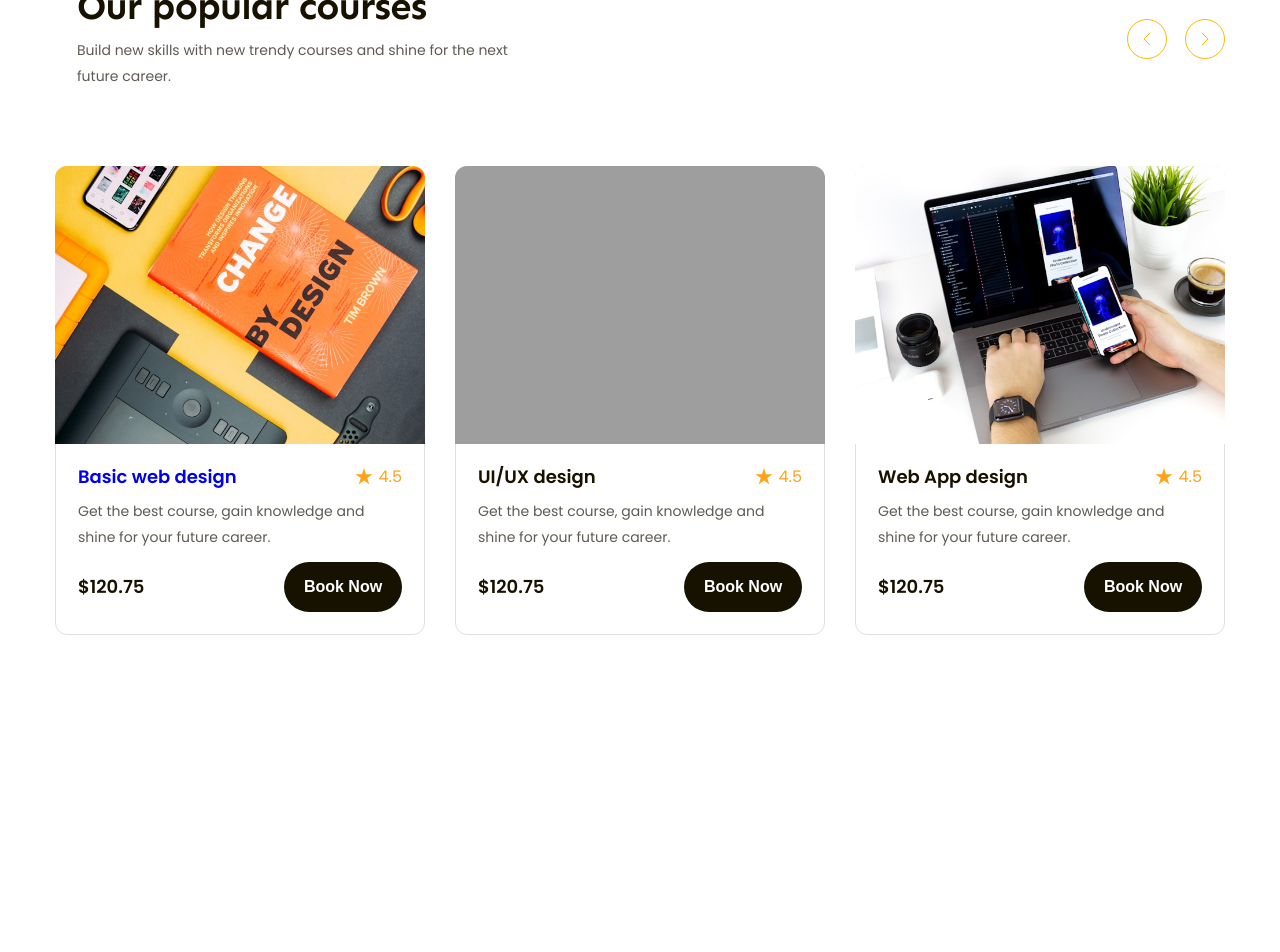
Repository: vancong171001/f8-html-css-02
Page: index.html
An editor plug-in stored every save of this project. The page is shown before and after the next save, followed by the edit.
The browser window is 1280 px wide. The pictures show the part of the page from y = 1133 to 2085 px (the page is 5000 px tall).
Pictures or frames that could not be fetched are drawn as grey boxes. A picture or video elsewhere on the page could not be fetched, so the positions and the page height are approximate.

Above is the page before, as saved 2025-03-11 14:41:45.

### index.html
<!DOCTYPE html>
<html lang="en">
  <head>
    <meta charset="UTF-8" />
    <meta name="viewport" content="width=device-width, initial-scale=1.0" />
    <title>F8 Project 02</title>
    <!-- Reset CSS -->
    <link rel="stylesheet" href="./assets/css/reset.css" />

    <!-- Embed fonts -->
    <link rel="preconnect" href="https://fonts.googleapis.com" />
    <link rel="preconnect" href="https://fonts.gstatic.com" crossorigin />
    <link
      href="https://fonts.googleapis.com/css2?family=Poppins:ital,wght@0,400;0,500;0,600;0,700;1,400&family=Sen:wght@700&display=swap"
      rel="stylesheet"
    />

    <!-- Style CSS -->
    <link rel="stylesheet" href="assets/css/style.css" />
  </head>
  <body>
    <main style="height: 5000px">
      <!-- Header -->
      <header class="header fixed">
        <div class="main-content">
          <div class="body">
            <!-- Logo -->
            <img src="./assets/img/logo.svg" alt="Lesson" class="logo" />

            <!-- Nav -->
            <nav class="nav">
              <ul>
                <li class="active">
                  <a href="#!">Home</a>
                </li>
                <li>
                  <a href="#!">Courses</a>
                </li>
                <li>
                  <a href="#!">Pricing</a>
                </li>
                <li>
                  <a href="#!">Reviews</a>
                </li>
              </ul>
            </nav>

            <!-- Action -->
            <div class="action">
              <a href="#!" class="btn sign-up-btn">Sign Up</a>
            </div>
          </div>
        </div>
      </header>

      <!-- Hero -->
      <div class="hero">
        <div class="main-content">
          <div class="body">
            <!-- Hero left -->
            <div class="media-block">
              <img
                src="https://images.unsplash.com/photo-1740734940319-7208196590b7?w=600&auto=format&fit=crop&q=60&ixlib=rb-4.0.3&ixid=M3wxMjA3fDB8MHxmZWF0dXJlZC1waG90b3MtZmVlZHwxNHx8fGVufDB8fHx8fA%3D%3D"
                alt="Learn without limits and spread knowledge."
                class="img"
              />

              <div class="hero-summary">
                <div class="item">
                  <div class="icon">
                    <img src="./assets/icon/list.svg" alt="" />
                  </div>
                  <div class="info">
                    <p class="lable">20 Courses</p>
                    <p class="title">UI/UX Design</p>
                  </div>
                </div>
                <div class="item">
                  <div class="icon">
                    <img src="./assets/icon/code.svg" alt="" />
                  </div>
                  <div class="info">
                    <p class="lable">20 Courses</p>
                    <p class="title">Development</p>
                  </div>
                </div>
                <div class="item">
                  <div class="icon">
                    <img src="./assets/icon/speaker.svg" alt="" />
                  </div>
                  <div class="info">
                    <p class="lable">30 Courses</p>
                    <p class="title">Marketing</p>
                  </div>
                </div>
              </div>
            </div>

            <!-- Hero right -->
            <div class="content-block">
              <h1 class="heading lv1">
                Learn without limits and spread knowledge.
              </h1>
              <p class="desc">
                Build new skills for that “this is my year” feeling with
                courses, certificates, and degrees from world-class universities
                and companies.
              </p>
              <div class="cta-group">
                <a href="#!" class="btn hero-cta">See Courses</a>
                <button class="watch-video">
                  <div class="icon">
                    <img src="./assets/icon/play.svg" alt="" />
                  </div>
                  <span>Watch Video</span>
                </button>
              </div>
              <p class="desc">Recent engagement</p>
              <p class="desc stats">
                <strong>50K</strong> Students <strong>70+</strong> Courses
              </p>
            </div>
          </div>
        </div>
      </div>

      <!-- Popular -->
      <div class="popular">
        <div class="main-content">
          <div class="popular-top">
            <div class="info">
              <h2 class="heading lv2">Our popular courses</h2>
              <p class="desc">
                Build new skills with new trendy courses and shine for the next
                future career.
              </p>
            </div>
            <div class="controls">
              <button class="control-btn">
                <svg
                  width="8"
                  height="14"
                  viewBox="0 0 8 14"
                  fill="none"
                  xmlns="http://www.w3.org/2000/svg"
                >
                  <path
                    d="M7 1L1 7L7 13"
                    stroke="currentColor"
                    stroke-linecap="round"
                    stroke-linejoin="round"
                  />
                </svg>
              </button>
              <button class="control-btn">
                <svg
                  width="8"
                  height="14"
                  viewBox="0 0 8 14"
                  fill="none"
                  xmlns="http://www.w3.org/2000/svg"
                >
                  <path
                    d="M1 1L7 7L1 13"
                    stroke="currentColor"
                    stroke-linecap="round"
                    stroke-linejoin="round"
                  />
                </svg>
              </button>
            </div>
          </div>

          <div class="course-list">
            <!-- Course Item 1 -->
            <div class="course-item">
              <a href="#!">
                <img
                  src="./assets/img/course-1.jpg"
                  alt="Basic web design"
                  class="thumb"
                />
              </a>
              <div class="info">
                <div class="head">
                  <h3 class="title"><a href="#!">Basic web design</a></h3>
                  <div class="rating">
                    <img src="./assets/icon/star.svg" alt="Star" class="star" />
                    <span class="value">4.5</span>
                  </div>
                </div>
                <p class="desc">
                  Get the best course, gain knowledge and shine for your future
                  career.
                </p>
                <div class="foot">
                  <span class="price">$120.75</span>
                  <button class="btn boot-btn">Book Now</button>
                </div>
              </div>
            </div>
            <!-- Course Item 2 -->
            <div class="course-item">
              <a href="#!">
                <img
                  src="./assets/img/course-2.jpg"
                  alt="UI/UX design"
                  class="thumb"
                />
              </a>
              <div class="info">
                <div class="head">
                  <h3 class="title">UI/UX design</h3>
                  <div class="rating">
                    <img src="./assets/icon/star.svg" alt="Star" class="star" />
                    <span class="value">4.5</span>
                  </div>
                </div>
                <p class="desc">
                  Get the best course, gain knowledge and shine for your future
                  career.
                </p>
                <div class="foot">
                  <span class="price">$120.75</span>
                  <button class="btn boot-btn">Book Now</button>
                </div>
              </div>
            </div>
            <!-- Course Item 3 -->
            <div class="course-item">
              <img
                src="./assets/img/course-3.jpg"
                alt="Web App design"
                class="thumb"
              />
              <div class="info">
                <div class="head">
                  <h3 class="title">Web App design</h3>
                  <div class="rating">
                    <img src="./assets/icon/star.svg" alt="Star" class="star" />
                    <span class="value">4.5</span>
                  </div>
                </div>
                <p class="desc">
                  Get the best course, gain knowledge and shine for your future
                  career.
                </p>
                <div class="foot">
                  <span class="price">$120.75</span>
                  <button class="btn boot-btn">Book Now</button>
                </div>
              </div>
            </div>
          </div>
        </div>
      </div>
    </main>
  </body>
</html>

### assets/css/style.css
* {
  box-sizing: border-box;
}

:root {
  --primary-color: #ffb900;
  --font-heading: Sen, san-serif;
}

html {
  font-size: 62.5%;
}

body {
  font-size: 1.6rem;
  font-family: "Poppins", sans-serif;
}

/* ========== Common ========= */
a {
  text-decoration: none;
}

.btn {
  display: inline-block;
  min-width: 118px;
  padding: 0 16px;
  line-height: 50px;
  color: #fff;
  text-align: center;
  font-size: 1.6rem;
  font-weight: 600;
  border-radius: 999px;
  background: #171100;
}

.btn:hover {
  opacity: 0.9;
  cursor: pointer;
}

.heading {
  color: #171100;
  font-family: var(--font-heading);
  font-weight: 700;
  letter-spacing: -0.02em;
}

.heading.lv1 {
  font-size: 5.8rem;
  line-height: 1.17; /* 117.241% */
}

.heading.lv2 {
  font-size: 3.8rem;
  line-height: 1.26; /* 126.316% */
}

.main-content {
  width: 1170px;
  max-width: calc(100% - 48px);
  margin-left: auto;
  margin-right: auto;
}

/* ========== Header ========= */
.header {
  background: #fffcf4;
}

.header.fixed {
  position: sticky;
  top: -28px;
  z-index: 1;
}

.header .body {
  display: flex;
  align-items: center;
  padding: 36px 0 8px;
}

.nav {
  margin-left: auto;
}

.nav ul {
  display: flex;
}

.nav a {
  position: relative;
  padding: 8px 21px;
  color: #5f5b53;
  font-size: 1.6rem;
}

.nav a:hover,
.nav li.active a {
  /* font-weight: 600; */
  text-shadow: 1px 0 0 currentColor;
  color: #171100;
}

.nav li.active a::after {
  content: "";
  position: absolute;
  left: 21px;
  bottom: 6px;
  display: block;
  width: 12px;
  height: 2px;
  border-radius: 1px;
  background: #171100;
}

.header .sign-up-btn {
  min-width: 144px;
}

.header .action {
  margin-left: 49px;
}

/* ========== Hero ========= */
.hero {
  padding: 56px 0 65px;
  background: #fffcf4;
}

.hero .body {
  display: flex;
}

/* Hero Left */
.hero .media-block {
  position: relative;
  width: 48%;
}

.hero .media-block .img {
  width: 470px;
  height: 685px;
  object-fit: cover;
  border-radius: 20px;
  display: block;
}

.hero-summary {
  position: absolute;
  right: 0;
  bottom: 48px;
  width: 270px;
  padding: 24px;
  border-radius: 12px;
  background: #fff;
  box-shadow: 0px 16px 32px 0px rgba(0, 0, 0, 0.05);
}

.hero-summary .item {
  display: flex;
  align-items: center;
}

.hero-summary .item + .item {
  margin-top: 22px;
}

.hero-summary .icon {
  width: 48px;
  height: 48px;
  border-radius: 50%;
  display: flex;
  justify-content: center;
  align-items: center;
  background: #fff9e8;
}

.hero-summary .item:nth-of-type(2) .icon {
  background: #fcefff;
}
.hero-summary .item:last-child .icon {
  background: #ebeaff;
}

.hero-summary .info {
  margin-left: 16px;
}

.hero-summary .lable {
  color: #5f5b53;
  font-size: 1.4rem;
  line-height: 1.86; /* 185.714% */
}

.hero-summary .title {
  color: #171100;
  font-size: 1.8rem;
  font-weight: 600;
  line-height: 1.67; /* 166.667% */
}

/* Hero Right */
.hero .content-block {
  width: 52%;
  padding: 64px 0 0 130px;
}

.hero .desc {
  margin-top: 22px;
  color: #5f5b53;
  font-size: 1.8rem;
  line-height: 1.67; /* 166.667% */
}

.hero .cta-group {
  display: flex;
  align-items: center;
  margin: 38px 0 48px;
}

.hero .hero-cta {
  min-width: 180px;
  line-height: 64px;
  background: var(--primary-color);
  border-radius: 32px;
}

.hero .watch-video {
  display: flex;
  align-items: center;
  border: none;
  background: transparent;
  margin-left: 28px;
  cursor: pointer;
}

.hero .watch-video .icon {
  width: 40px;
  height: 40px;
  border-radius: 50%;
  display: flex;
  justify-content: center;
  align-items: center;
  background: #ffffff;
  box-shadow: 0px 8px 16px rgba(0, 0, 0, 0.07);
}

.hero .watch-video span {
  color: #171100;
  font-size: 1.8rem;
  font-weight: 600;
  line-height: 1.67; /* 166.667% */
  margin-left: 14px;
}

.hero .stats {
  margin: 8px 0 0 -28px;
}

.hero .stats strong {
  color: #171100;
  font-family: var(--font-heading);
  font-size: 4.4rem;
  font-weight: 700;
  line-height: 1.22; /* 122.727% */
  padding: 0 8px 0 28px;
}

/* ========== Hero ========= */
.popular {
  padding: 65px 0;
  margin-top: 135px;
}

.popular-top {
  display: flex;
  justify-content: space-between;
  align-items: center;
}

.popular-top .desc {
  color: #5f5b53;
  font-size: 1.8rem;
  line-height: 1.67; /* 166.667% */
  margin-top: 16px;
  width: 458px;
}

.popular-top .controls {
  display: flex;
  gap: 18px;
}

.popular-top .control-btn {
  background: transparent;
  border: 1px solid var(--primary-color);
  width: 40px;
  height: 40px;
  border-radius: 50%;
  display: flex;
  justify-content: center;
  align-items: center;
  color: var(--primary-color);
}

.popular-top .control-btn:hover {
  background: var(--primary-color);
  color: #fff;
  cursor: pointer;
}

.popular .course-list {
  margin-top: 55px;
  display: flex;
  gap: 30px;
}

.popular .course-item {
  flex: 1;
  border-radius: 12px;
  border: 1px solid #e2dfda;
  background: #fff;
}

.popular .course-item:hover {
  border-color: transparent;
  box-shadow: 0px 18px 36px 0px rgba(0, 0, 0, 0.05);
}

.popular .course-item .thumb {
  width: calc(100% + 2px);
  border-radius: 12px 12px 0px 0px;
  height: 278px;
  object-fit: cover;
  margin: -1px;
}

.popular .info {
  margin: 16px 22px 22px;
}

.popular .course-item .head,
.popular .course-item .rating,
.popular .course-item .foot {
  display: flex;
  justify-content: space-between;
  align-items: center;
}

.popular .course-item .title {
  color: #171100;
  font-size: 1.8rem;
  font-weight: 600;
  line-height: 1.67; /* 166.667% */
}

.popular .rating .value {
  color: #fea31b;
  font-size: 1.6rem;
  margin-left: 6px;
  line-height: 1.75;
}

.popular .desc {
  color: #5f5b53;
  font-size: 1.4rem;
  line-height: 1.86; /* 185.714% */
  margin-top: 6px;
}

.popular .foot {
  margin-top: 12px;
}

.popular .foot .price {
  color: #171100;
  font-size: 1.8rem;
  font-weight: 600;
  line-height: 1.67; /* 166.667% */
}

.popular .foot .boot-btn {
  border: none;
}

.popular .foot .boot-btn:hover {
  background: var(--primary-color);
  color: white;
}

Loaded but not shown: assets/css/reset.css (common file)

After the next save:
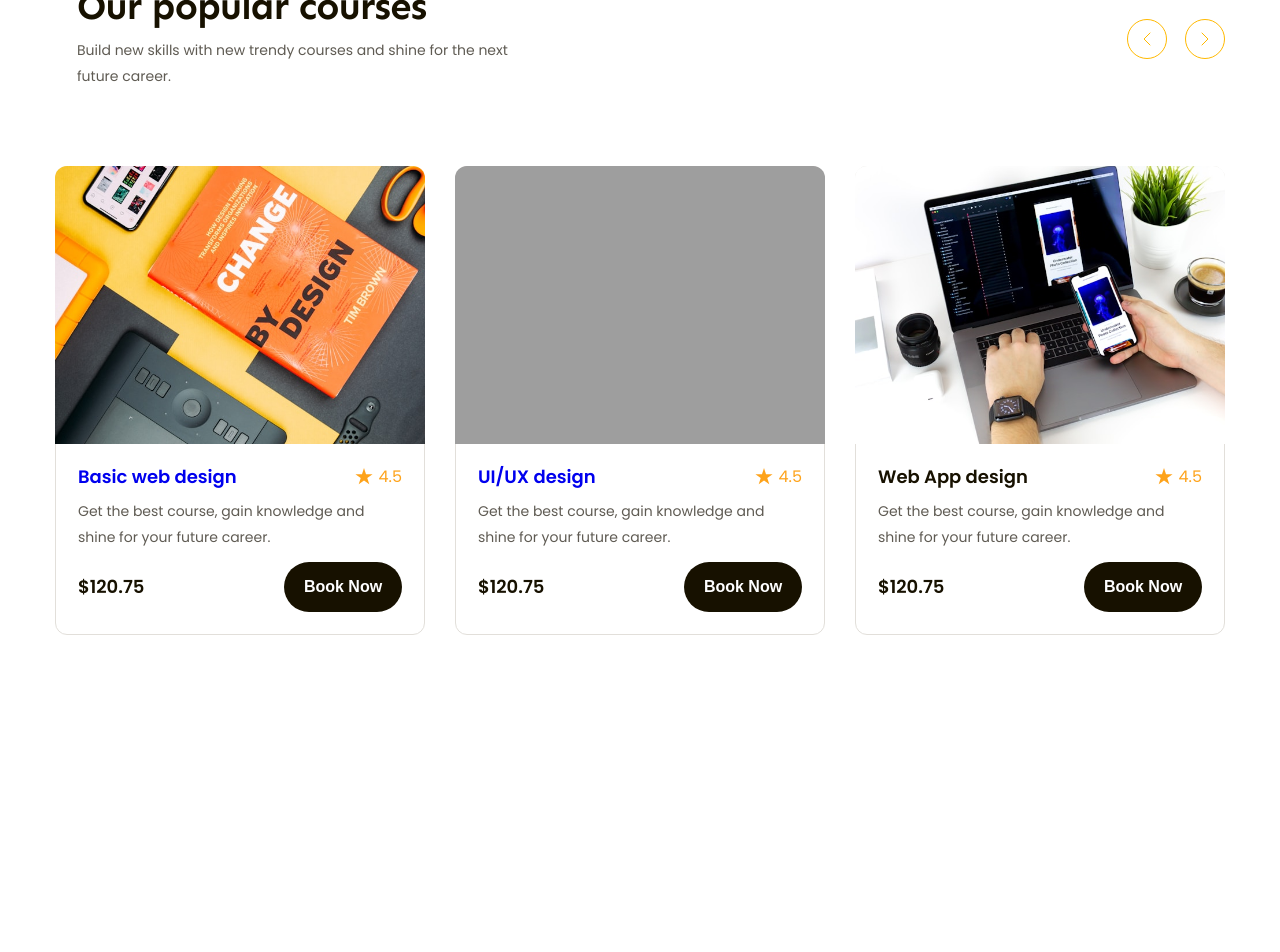
Saved 10 s later.
--- a/index.html
+++ b/index.html
@@ -210,7 +210,7 @@
               </a>
               <div class="info">
                 <div class="head">
-                  <h3 class="title">UI/UX design</h3>
+                  <h3 class="title"><a href="#!"> UI/UX design </a></h3>
                   <div class="rating">
                     <img src="./assets/icon/star.svg" alt="Star" class="star" />
                     <span class="value">4.5</span>
